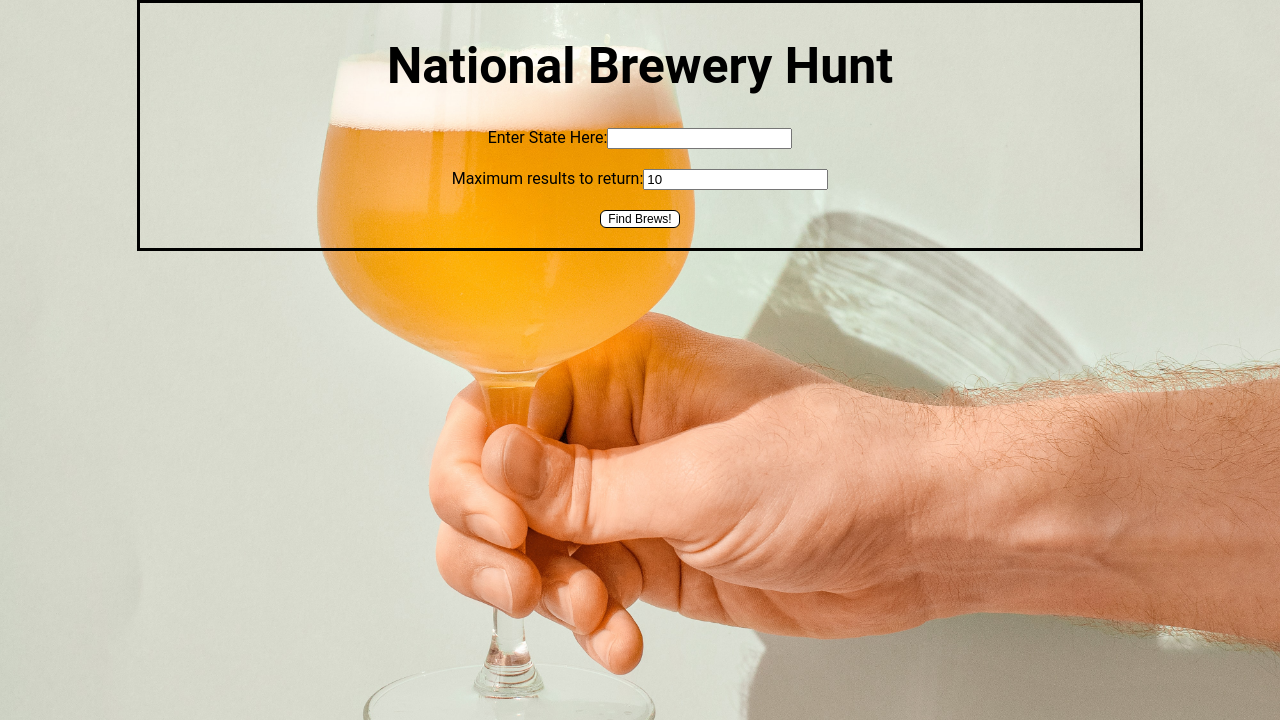
Repository: kaitlynMidori/searchBrews
Page: index.html
An editor plug-in stored every save of this project. The page is shown before and after the next save, followed by the edit.
The browser window is 1280 px wide. The pictures show the whole page.

Above is the page before, as saved 2021-04-24 12:01:20.

### index.html
<!DOCTYPE html>
<html lang="en">

<head>
    <meta charset="UTF-8" />
    <meta name="viewport" content="width=device-width, initial-scale=1.0" />
    <meta http-equiv="X-UA-Compatible" content="ie=edge" />
    <title>National Brewery Hunt</title>
    <link rel="stylesheet" href="style.css" />
</head>

<body>
    <div id="container">
        <h1>National Brewery Hunt</h1>

        <form id="search-form">
            <p>
                <label for="by_state">Enter State Here:</label>
                    <input type="text" name="by_state" id="by_state" required />
            </p>

            <p>
                <label for="max-results">Maximum results to return: </label>
                    <input type="number" name="max-results" id="max-results" value="10" />
            </p>

            <p>
                <input type="submit" value="Find Brews!" class="submit" />
            </p>
        </form>

        <p id="error-message"></p>

        <section id="results" class="hidden">
            <h2>Search results</h2>
            <ol id="results-list"></ol>
        </section>
    </div>
    <script src="https://code.jquery.com/jquery-3.3.1.js" integrity="sha256-2Kok7MbOyxpgUVvAk/HJ2jigOSYS2auK4Pfzbm7uH60=" crossorigin="anonymous"></script>
    <script src="app.js"></script>
</body>

</html>
<!-- This app doesn't follow a11y best practices, and the JS file is incomplete. Complete the getBreweries, displayResults, and watchSubmit functions. When you're done, this app should allow a user to search for a state, and display a list of breweries in that state. The list should include the brewery's name and a link to their website. You should make requests to this API: https://www.openbrewerydb.org/ . Make any necessary adjustments to make this app accessible. -->

### style.css

body {
    font-family: "Roboto", sans-serif;
    color: black;
    margin: auto;
    /* background: cover; */
    background: url("screenshots/beer.jpg") no-repeat center center fixed;
    background-repeat: no-repeat;
    background-size: 100%;
    background-color: black;
    width: 100%;
    max-width: 1000px;
    border: solid;
}

.hidden {
    display: none;
}

h1  {
    text-align: center;
    font-size: 50px;
}

h2 {
    text-align: center;
}

/* .search-form {
    text-align: center;
    display: flex;
    flex-direction: column;
    width: auto;
    border: 1px solid black;
    padding: 30px;
    margin-left: 100px;
    margin-right: 100px;
    margin-bottom: 50px;
    border-radius: 8px;
} */

legend {
    text-align: center;
}

form p {
    margin: 5px;
    display: flex;
    width: auto;
    justify-content: center;
    margin: 20px 0 20px 0;
}

/* .results-list {
    margin: auto;
    width: 50px;
    height: 25px;
    padding: 0px;
    text-align: left;
    margin-bottom: 10px;
    margin-top: 10px;
    border-radius: 6px;
} */



.submit {
    border: 1px solid black;
    background-color: white;
    justify-content: center;
    margin-left: auto;
    margin-right: auto;
    width: 80px;
    height: 18px;
    border-radius: 6px;
    padding: 1px;
    font-size: 12px;
}

.submit:hover {
    cursor: pointer;
}

/* .results-amount:hover {
    cursor: text;
} */


/*Results Styling*/

/* .results-display-container {
    margin: auto;
} */

/* .single-result {
    border: 1px solid rgb(177, 175, 175);
    margin: auto;
    border-radius: 8px;
    box-shadow: -1px 2px rgb(209, 209, 209);
    padding: 15px;
    width: 1000px;
    margin-bottom: 15px;
} */

### app.js
"use strict";

const searchURL = ("https://api.openbrewerydb.org/breweries");

 //format query params
function formatQueryParams(params) {
    //return object array with params
   const queryItems = Object.keys(params)
   //produce object map param string key
     .map(key => `${key}=${params[key]}`)
     //return array as string
   return queryItems.join('&');
 }

function displayResults(responseJson, maxResults) {

    // if there are previous results, remove them
    console.log(responseJson);
    $("#results-list").empty();

    // iterate through the data array
    // list brewery name, city, url
    for (let i = 0; i < responseJson.length; i++) {
    $("#results-list").append(`<li class="each-product-result">

    <h3 class="product-name">${responseJson[i].name}</h3>
    <p class="product-price">${responseJson[i].city}</p>
    <p>Brewery page: <a href=${responseJson[i].website_url}>${responseJson[i].website_url}</a></p><br>
    <br>
    </li>`
      )
  };
    //display the results section
    $("#results").removeClass("hidden");
}

//getBreweries function
function getBreweries(query, maxResults) {
    //set API paramaters
    const params = {
        by_state: query,
        per_page: maxResults,
    };
    //declare queryString as formatQueryParams
    const queryString = formatQueryParams(params);
    //declare url to bind user input string to searchUrl
    const url = searchURL + "?" + queryString;
    console.log(url);
    //initiate fetch request using pure promise to get JSON object
    fetch(url)
    //check for resolved promise
        .then((response) => {
            // if response = true
            if (response.ok) {
                //return response object
                return response.json();
            }
            //raise exception to reject promise error and trigger .catch
            throw new Error(response.statusText);
        })
        .then((responseJson) => displayResults(responseJson, maxResults))
        //Catch any errors and return message
        .catch((err) => {
            $("#error-message").text(`Something went wrong: ${err.message}`);
        });
}

function watchForm() {
    // Bind an event handler to the “submit” JavaScript event
    $("form").submit((event) => {
        // If this method is called, the default action of the event will not be triggered.
        event.preventDefault();
        let by_state = $("#by_state").val();
	// by_state = by_state.replace(/\s/g, '');
        const maxResults = $("#max-results").val();
        getBreweries(by_state, maxResults);
    });
}

//call jQuery to pass in callback function when page loads
$(watchForm);

After the next save:
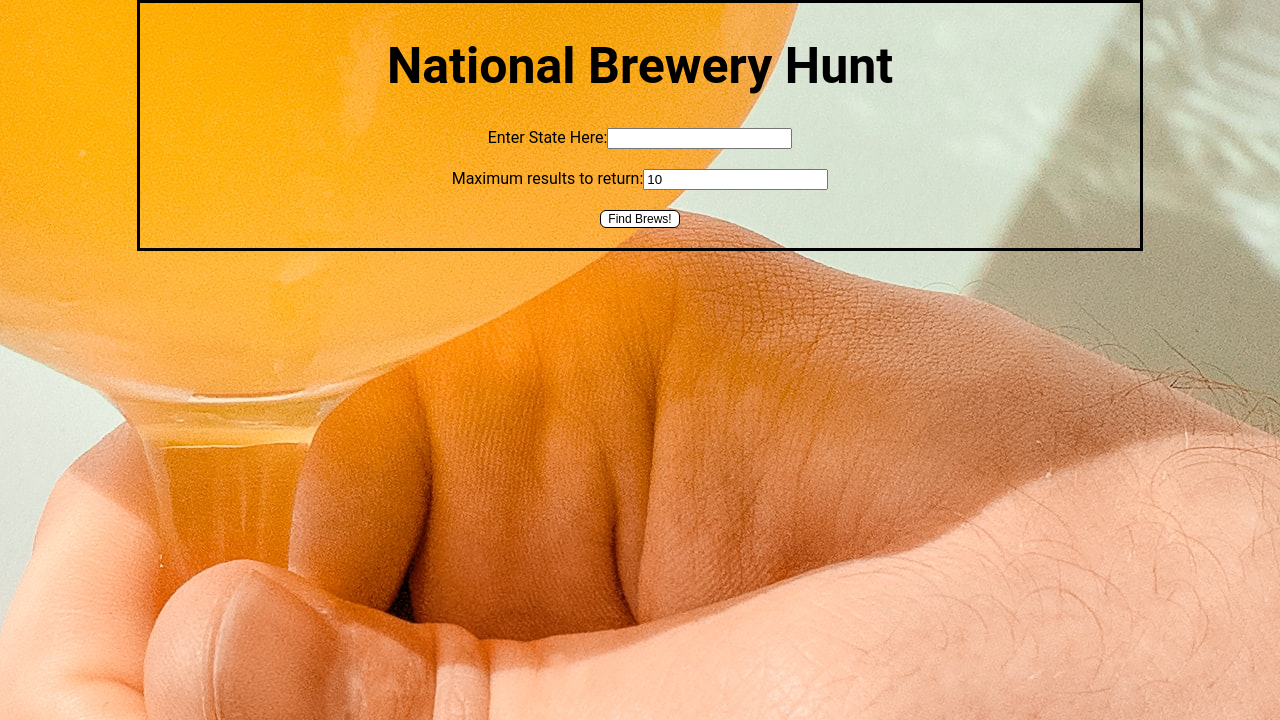
Saved 30 s later.
--- a/style.css
+++ b/style.css
@@ -5,8 +5,6 @@
     margin: auto;
     /* background: cover; */
     background: url("screenshots/beer.jpg") no-repeat center center fixed;
-    background-repeat: no-repeat;
-    background-size: 100%;
     background-color: black;
     width: 100%;
     max-width: 1000px;

After the save that followed:
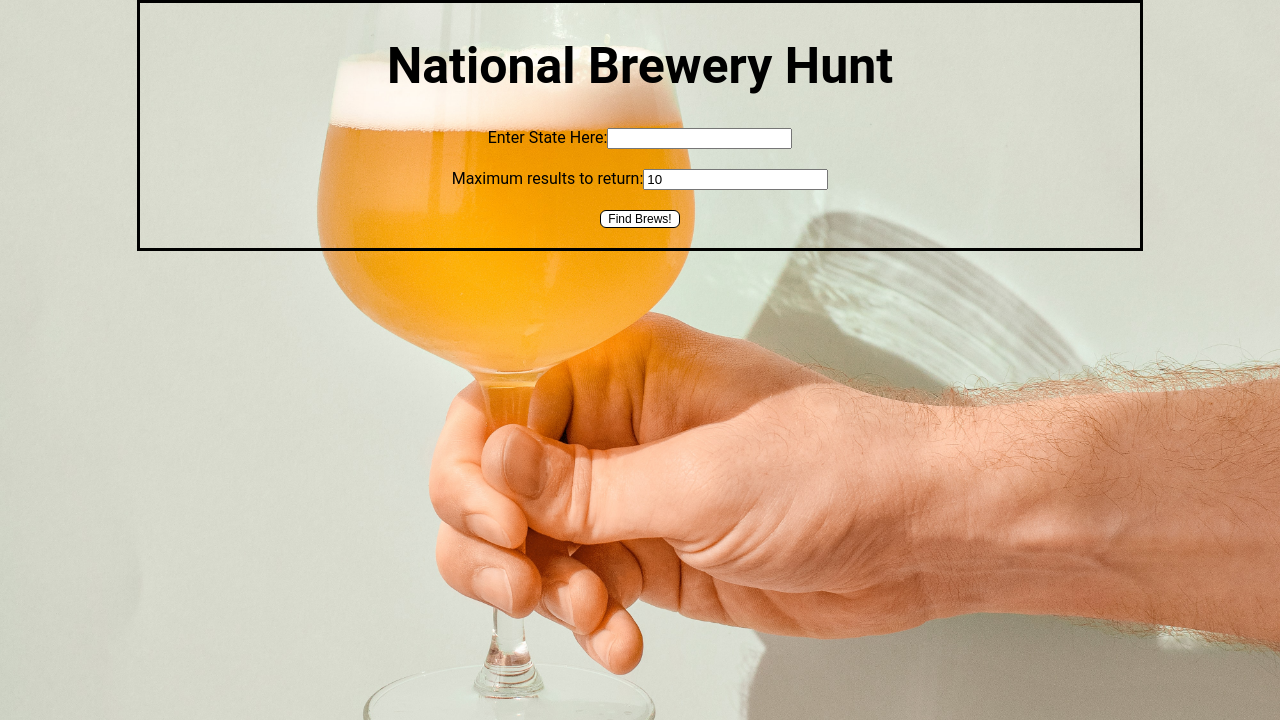
Saved 13 s later.
--- a/style.css
+++ b/style.css
@@ -5,6 +5,8 @@
     margin: auto;
     /* background: cover; */
     background: url("screenshots/beer.jpg") no-repeat center center fixed;
+
+    background-size: 100%;
     background-color: black;
     width: 100%;
     max-width: 1000px;
